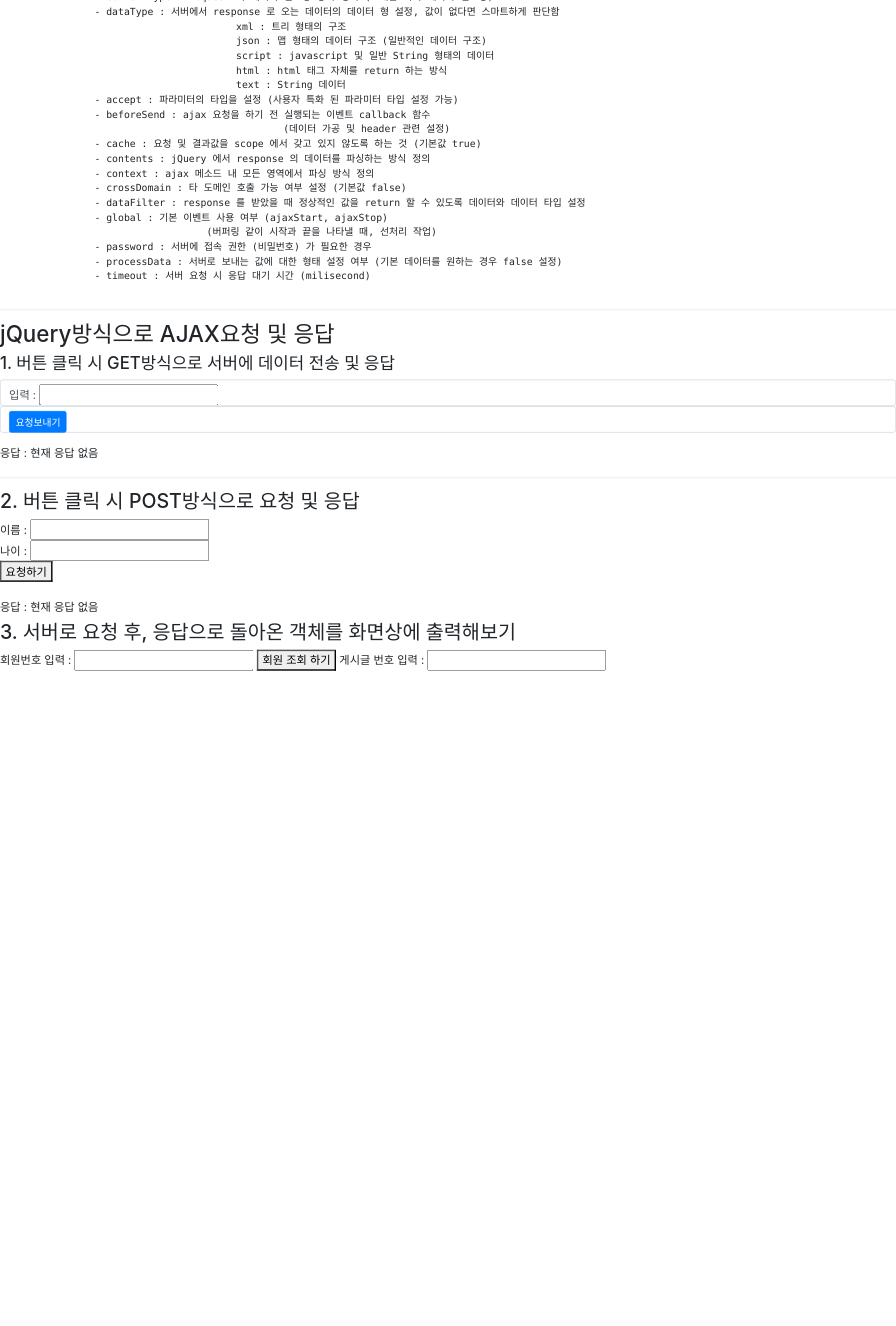
Repository: Hyunbin1111/practice
Page: http://localhost/MyBatisProject/study
The author's editor kept a copy of each file at every save. The page is drawn from the files as they stood at one save, then again after the next save.
The browser window is 1280 px wide. The pictures show the part of the page from y = 1053 to 2973 px (the page is 2947 px tall before and 2973 px after), at 70% of full size.
The page is served by Tomcat 9.

Above is the page before, as saved 2024-12-09 06:23:40.

After the next save:
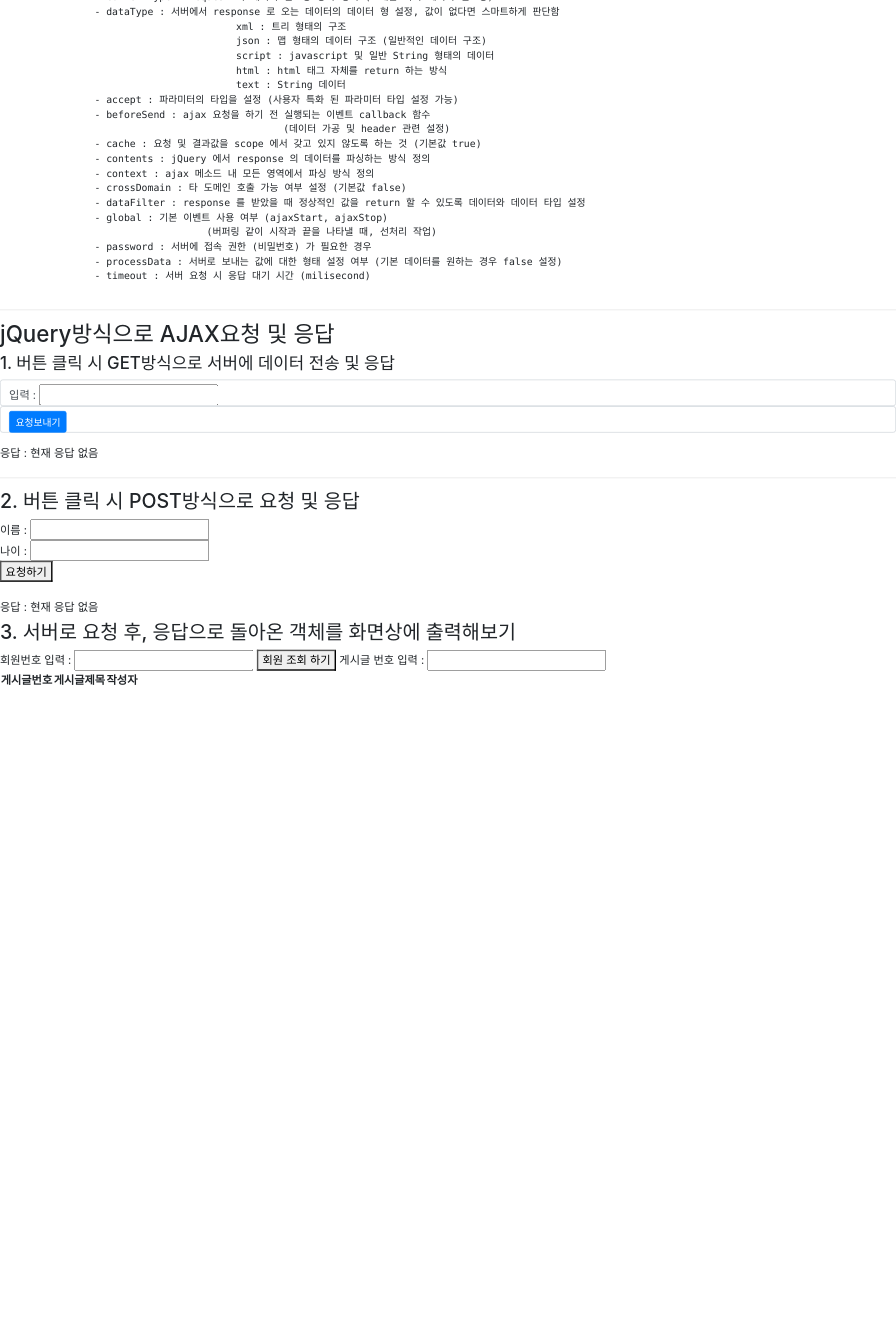
Saved 97 s later.
--- a/web-workspace2/MyBatisProject/src/main/webapp/WEB-INF/views/ajax/study.jsp
+++ b/web-workspace2/MyBatisProject/src/main/webapp/WEB-INF/views/ajax/study.jsp
@@ -184,6 +184,20 @@
 
 	<div id="div-result"></div>
 
+	<table id="output4">
+		<thead>
+			<tr>
+				<th>게시글번호</th>
+				<th>게시글제목</th>
+				<th>작성자</th>
+			</tr>
+		</thead>
+		<tbody>
+
+		</tbody>
+	</table>
+
+
 	<script>
 
 		$('#findByUserNo').on('click', function(){
